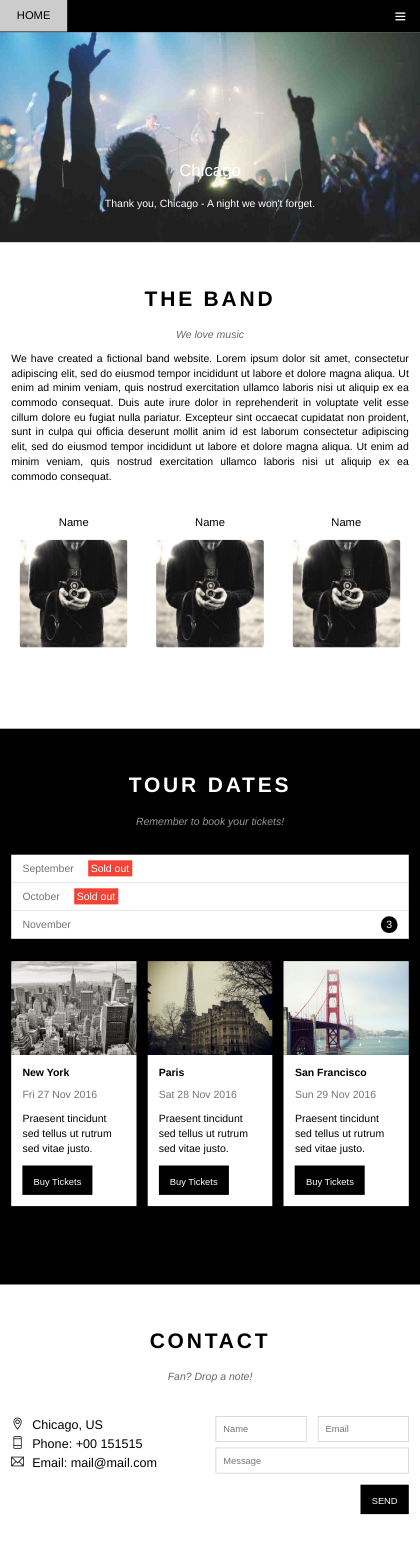
Repository: phongngotrong/w3school_reup
Page: index.html
These files come from the project's save history. The page is drawn as it stood at one moment and after the next save; the edit follows.
The browser window is 600 px wide. The pictures show the part of the page from y = 0 to 2240 px (the page is 2801 px tall), at 70% of full size.

Above is the page before, as saved 2022-01-19 23:58:29.

After the next save:
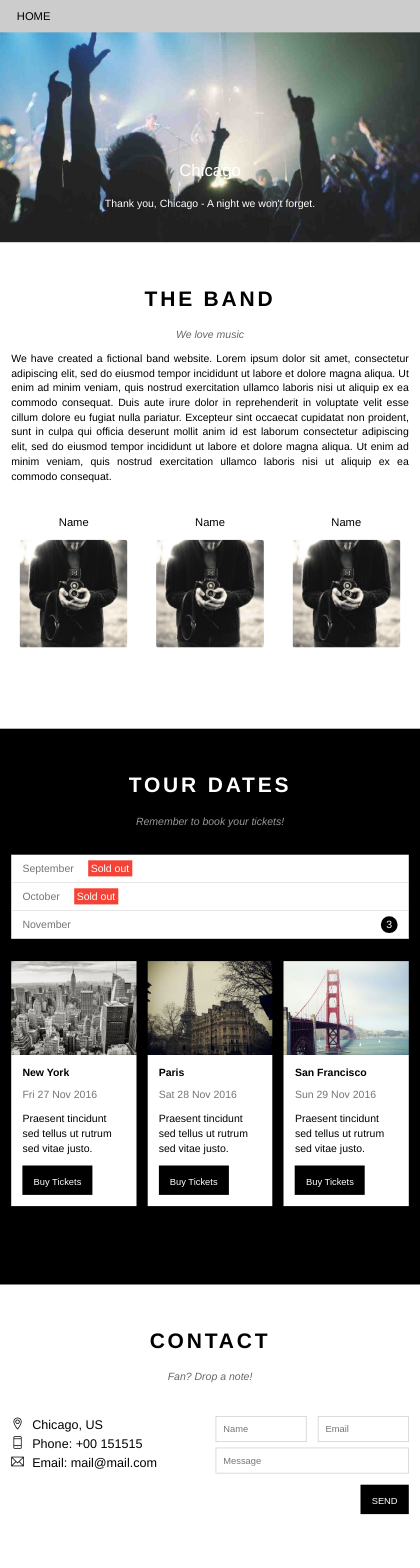
Saved 96 s later.
--- a/assets/css/responsive.css
+++ b/assets/css/responsive.css
@@ -15,8 +15,7 @@
   #nav > li {
     display: block;
     margin-bottom: 16px;
-    margin-top: -1px;
-  }
+
 
   #nav > li:first-child {
     display: inline-block;

After the save that followed:
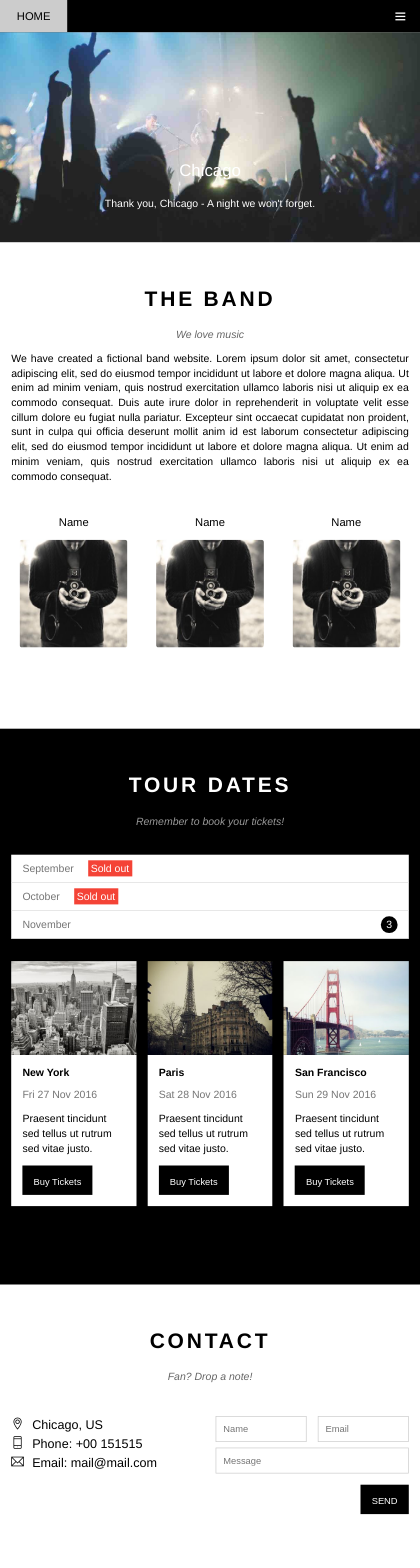
Saved 14 s later.
--- a/assets/css/responsive.css
+++ b/assets/css/responsive.css
@@ -15,7 +15,8 @@
   #nav > li {
     display: block;
     margin-bottom: 16px;
-
+    margin-top: 0px;
+  }
 
   #nav > li:first-child {
     display: inline-block;
